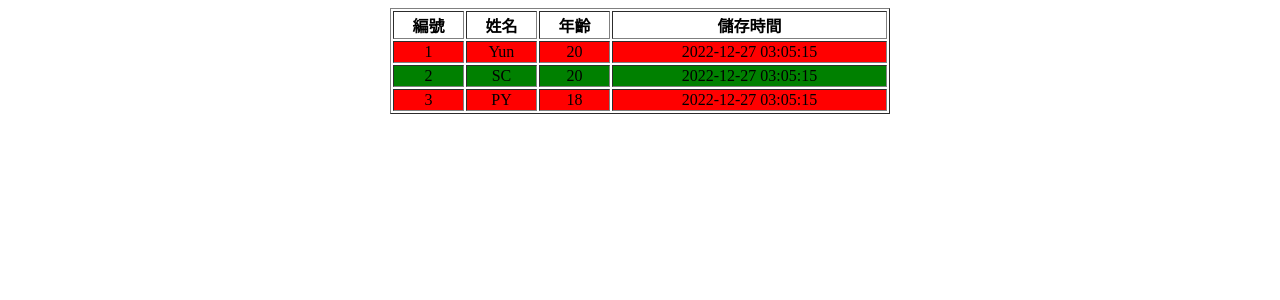
Repository: sc1314520/oce-test
Page: http://localhost/EE/jsp/basic/jstl_test.jsp
An editor plug-in stored every save of this project. The page is shown before and after the next save, followed by the edit.
The browser window is 1280 px wide. The pictures show the whole page.
The page is served by Tomcat 9. Nobody is signed in. The application's start-up code is not run.

Above is the page before, as saved 2022-12-29 10:46:38.

After the next save:
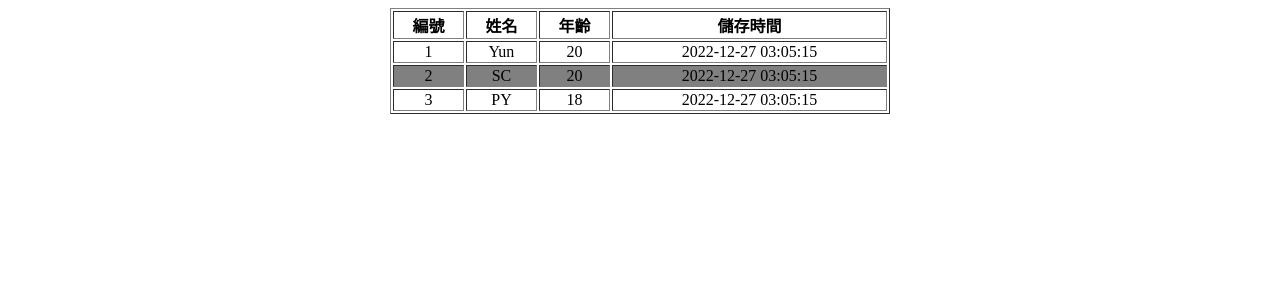
Saved 17 s later.
--- a/EE/src/main/webapp/jsp/basic/jstl_test.jsp
+++ b/EE/src/main/webapp/jsp/basic/jstl_test.jsp
@@ -28,7 +28,7 @@
 		</tr>
 		<c:forEach items="${list}" var="user" varStatus="s">
 			<c:if test="${s.count %2 ==0 }">
-				<tr bgcolor="green">
+				<tr bgcolor="gray">
 					<td align="center">${s.count}</td>
 					<td align="center">${user.name}</td>
 					<td align="center">${user.age}</td>
@@ -36,7 +36,7 @@
 				</tr>
 			</c:if>
 			<c:if test="${s.count %2 ==1 }">
-				<tr bgcolor="red">
+				<tr bgcolor="white">
 					<td align="center">${s.count}</td>
 					<td align="center">${user.name}</td>
 					<td align="center">${user.age}</td>
